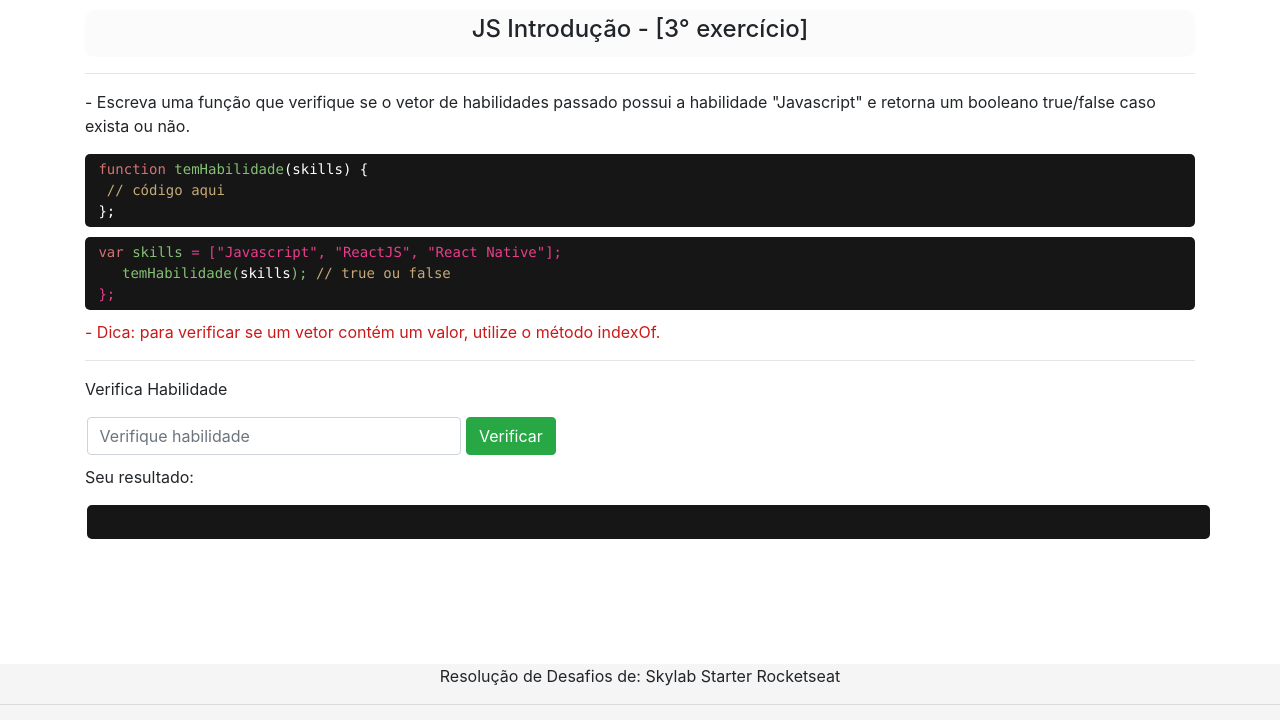
Repository: edsonjuniornarvaes/JS-Starter-Chalenge-Skylab
Page: introducao/exercicio-3/ex3.html
The author's editor kept a copy of each file at every save. The page is drawn from the files as they stood at one save, then again after a run of saves.
The browser window is 1280 px wide. The pictures show the whole page.

Above is the page before, as saved 2020-06-10 10:22:16.

### introducao/exercicio-3/ex3.html
<html>
    <header>
        <meta charset="utf-8">
        <link rel="stylesheet" type="text/css" href="../style.css">
        <link rel='stylesheet' href='https://cdnjs.cloudflare.com/ajax/libs/twitter-bootstrap/4.5.0/css/bootstrap.css'/>
    </header>
    <body id="myBody">
        <div class="container">
            <div class="title">
                <h4>JS Introdução - [3° exercício]</h4>
            </div>
            <hr>
            <p> - Escreva uma função que verifique se o vetor de habilidades passado possui a habilidade "Javascript"
                e retorna um booleano true/false caso exista ou não.</p>

            <fieldset>
                <code>
                    <span class="var">&nbsp;function</span> <span class="nameObject">temHabilidade</span><span class="txtCode">(skills) {</span> <br>
                        &nbsp;&nbsp;<span class="before">// código aqui</span><br>
                    &nbsp;<span class="txtCode">};</span>
                </code>
            </fieldset>
            <fieldset>
                <code>
                    <span class="var">&nbsp;var</span> <span class="nameObject">skills </span> <span class="txtCode"></span>= ["Javascript", "ReactJS", "React Native"];<br>
                        <span class="nameObject enbsp">temHabilidade(<span class="txtCode">skills</span>);<span class="before"> // true ou false</span></span><br>
                    &nbsp;};
                </code>
            </fieldset>
            <p class="dica">- Dica: para verificar se um vetor contém um valor, utilize o método indexOf.</p>
            <hr>
            <p>Verifica Habilidade</p>
            <div class="row" id="atv3">

            </div>
            <p>Seu resultado:</p>
            <fieldset class="row" id="spanHas">
                &nbsp;
            </fieldset>
        </div>
    </body>
    <footer>Resolução de Desafios de: Skylab Starter Rocketseat</h4><hr></float>
    <script src="ex3.js"></script>
</html>

### introducao/style.css
fieldset {
    background-color: rgb(22, 22, 22);
    color: white;
    border-radius: 5px;
    padding: 5px!important;
    margin-bottom: 10px!important;
}

.dica {
    color: rgb(202, 25, 25);
}

.nameObject, .pontos {
    color: rgb(134, 192, 116);
}

.after, .txtCode {
    color: white;
}

.before {
    color: rgb(198, 170, 118);
}

.var {
    color: rgb(214, 114, 114);
}

.title {
    background: #dcdddd21;
    text-align: center;
    margin-top: 10px!important;
    padding: 5px;
    border-radius: 10px;
}

footer {
    text-align: center;
    background: #545b620f;
    width: 100%;
    height: 56px;
    position: absolute;
    bottom: 0px;
    left: 0;
}

button {
    margin-left: 5px!important;
}

.row {
    margin-bottom: 10px;
    margin-left: 0.1rem!important;
}

.enbsp {
    margin-left: 2rem;
}

### introducao/exercicio-3/ex3.js
(function () {
    let atv3 = document.getElementById("atv3");

    let txtHas = "";
    let hasSkills = (getSkills) => {

      let iptParam = document.createElement("input");
      let btnParam = document.createElement("button");
      let txtBtn = document.createTextNode("Verificar");
      btnParam.appendChild(txtBtn);
      iptParam.setAttribute('placeholder', 'Verifique habilidade');
      iptParam.setAttribute('class', 'form-control col-4');
      btnParam.setAttribute('class', 'btn btn-success');

      atv3.appendChild(iptParam);
      atv3.appendChild(btnParam);

      let iptVal = "";

      btnParam.addEventListener("click", function () {
        let spanHas = document.getElementById("spanHas");
        spanHas.innerHTML = "";

        let setParam = (param) => {
          let has = getSkills.indexOf(param);
          txtHas =
            has != -1
              ? ` ${param} | Você possui esta habilidade`
              : ` ${param} | Você não possui esta habilidade`;

          let getTxtHas = document.createTextNode(` ${txtHas} `);
          spanHas.appendChild(getTxtHas);
          iptParam.value = "";
        };

        iptVal = iptParam.value;
        setParam(iptVal);
      });
    };

    let skills = ["Javascript", "PHP", "React"];
    hasSkills(skills);
  })();

After the next 2 saves:
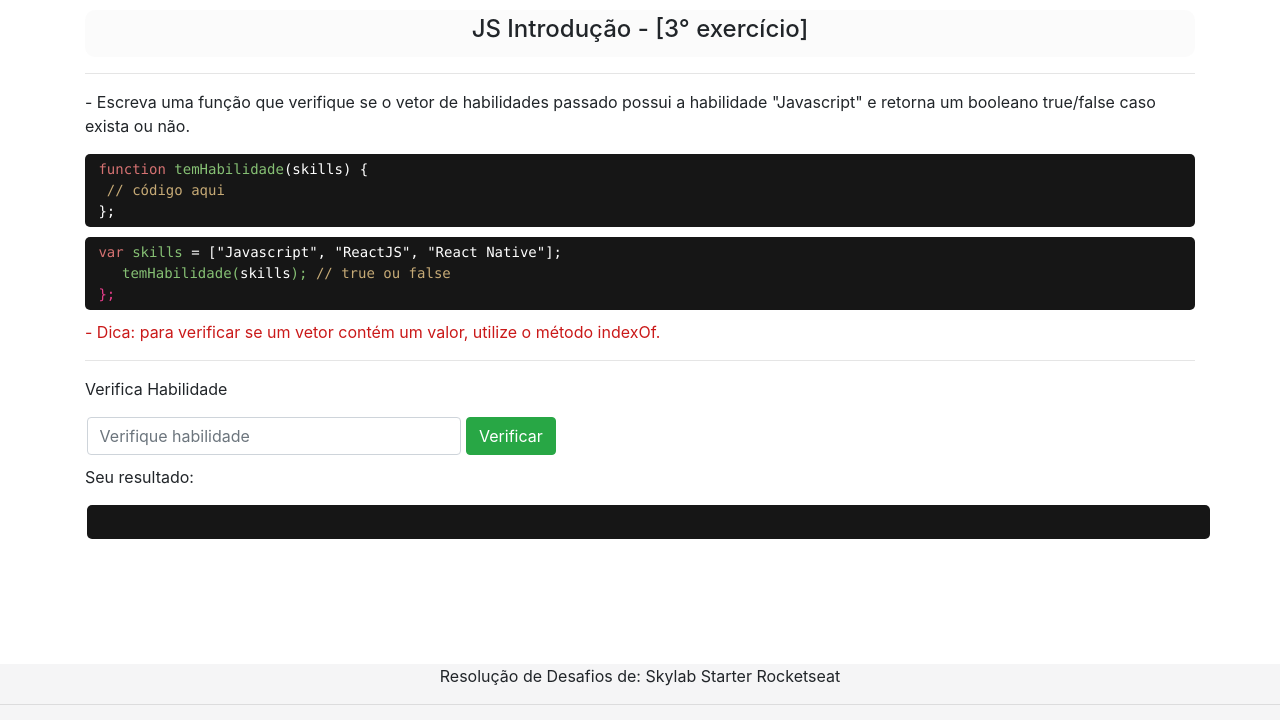
The 2 saves are shown as one change because they came seconds apart.
The last was saved 5 s later.
--- a/introducao/exercicio-3/ex3.html
+++ b/introducao/exercicio-3/ex3.html
@@ -22,7 +22,7 @@
             </fieldset>
             <fieldset>
                 <code>
-                    <span class="var">&nbsp;var</span> <span class="nameObject">skills </span> <span class="txtCode"></span>= ["Javascript", "ReactJS", "React Native"];<br>
+                    <span class="var">&nbsp;var</span> <span class="nameObject">skills </span> <span class="txtCode">= ["Javascript", "ReactJS", "React Native"];</span><br>
                         <span class="nameObject enbsp">temHabilidade(<span class="txtCode">skills</span>);<span class="before"> // true ou false</span></span><br>
                     &nbsp;};
                 </code>
